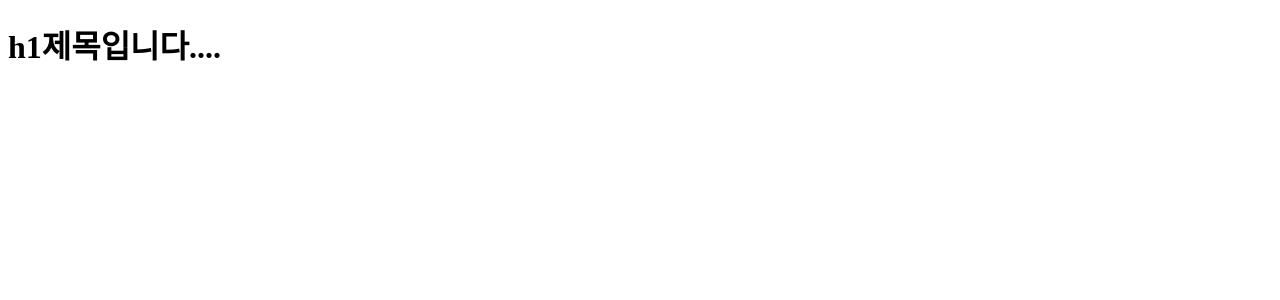
Repository: kmg8138/html
Page: 2020.04.06/ex0406/WebContent/ex01.html
The author's editor kept a copy of each file at every save. The page is drawn from the files as they stood at one save, then again after the next save.
The browser window is 1280 px wide. The pictures show the whole page.

Above is the page before, as saved 2020-04-06 00:11:15.

### 2020.04.06/ex0406/WebContent/ex01.html
<!DOCTYPE html>
<html>
<head>
<meta charset="UTF-8">
<title>Insert title here</title>
</head>
<body>
	<h1>h1제목입니다....</h1>
</body>
</html>

After the next save:
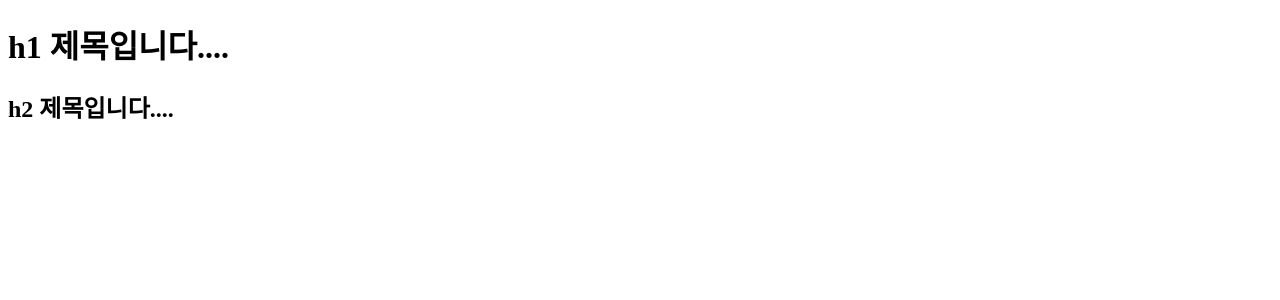
Saved 93 s later.
--- a/2020.04.06/ex0406/WebContent/ex01.html
+++ b/2020.04.06/ex0406/WebContent/ex01.html
@@ -5,6 +5,7 @@
 <title>Insert title here</title>
 </head>
 <body>
-	<h1>h1제목입니다....</h1>
+	<h1>h1 제목입니다....</h1>
+	<h2>h2 제목입니다....</h2>
 </body>
 </html>
